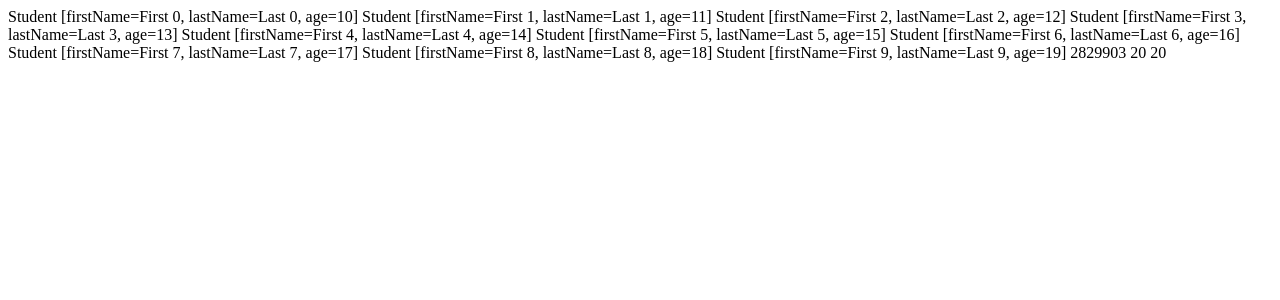
Repository: tuski/JavaProjects
Page: http://localhost/JSPTagDemo/home.jsp
An editor plug-in stored every save of this project. The page is shown before and after the next save, followed by the edit.
The browser window is 1280 px wide. The pictures show the whole page.
The page is served by Tomcat 9.

Above is the page before, as saved 2017-07-27 11:24:23.

After the next save:
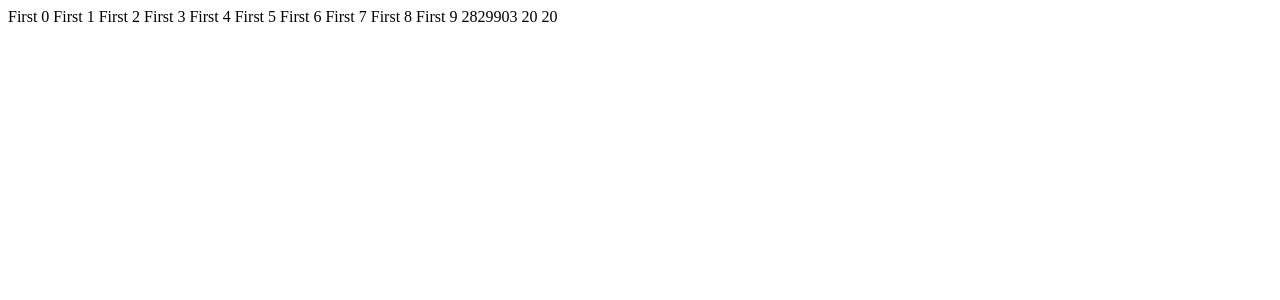
Saved 13 s later.
--- a/JSPTagDemo/WebContent/home.jsp
+++ b/JSPTagDemo/WebContent/home.jsp
@@ -17,7 +17,7 @@
  %>
 
  <c:forEach var="student" items="${studentList }">
-   <c:out value="${student}"/>
+   <c:out value="${student.firstName}"/>
  </c:forEach>
 
 
